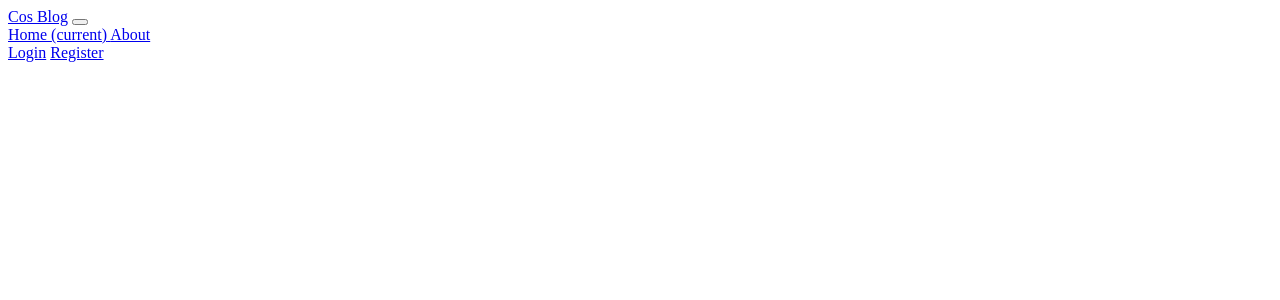
Repository: DogyeKing/blog
Page: http://localhost/blog/include/head.jsp
These files come from the project's save history. The page is drawn as it stood at one moment and after the next save; the edit follows.
The browser window is 1280 px wide. The pictures show the whole page.
The page is served by Tomcat 9.

Above is the page before, as saved 2018-08-02 05:17:58.

After the next save:
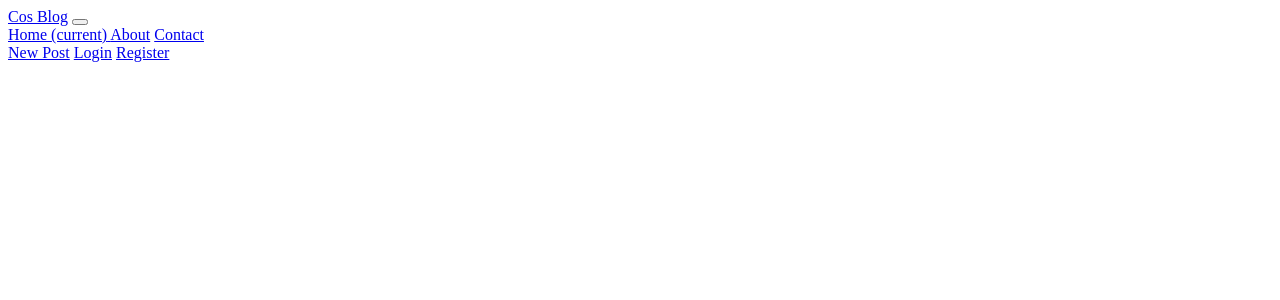
Saved 68 s later.
--- a/blog/blog/WebContent/include/head.jsp
+++ b/blog/blog/WebContent/include/head.jsp
@@ -14,8 +14,10 @@
              <span class="sr-only">(current)</span>
            </a>
            <a class="nav-item nav-link" href="#">About</a>
+              <a class="nav-item nav-link" href="#">Contact</a>
        </div>
        <div class="navbar-nav ml-auto">
+           <a class="nav-item nav-link" href="#">New Post</a>
            <a class="nav-item nav-link" href="#">Login</a>
            <a class="nav-item nav-link" href="#">Register</a>
        </div>
